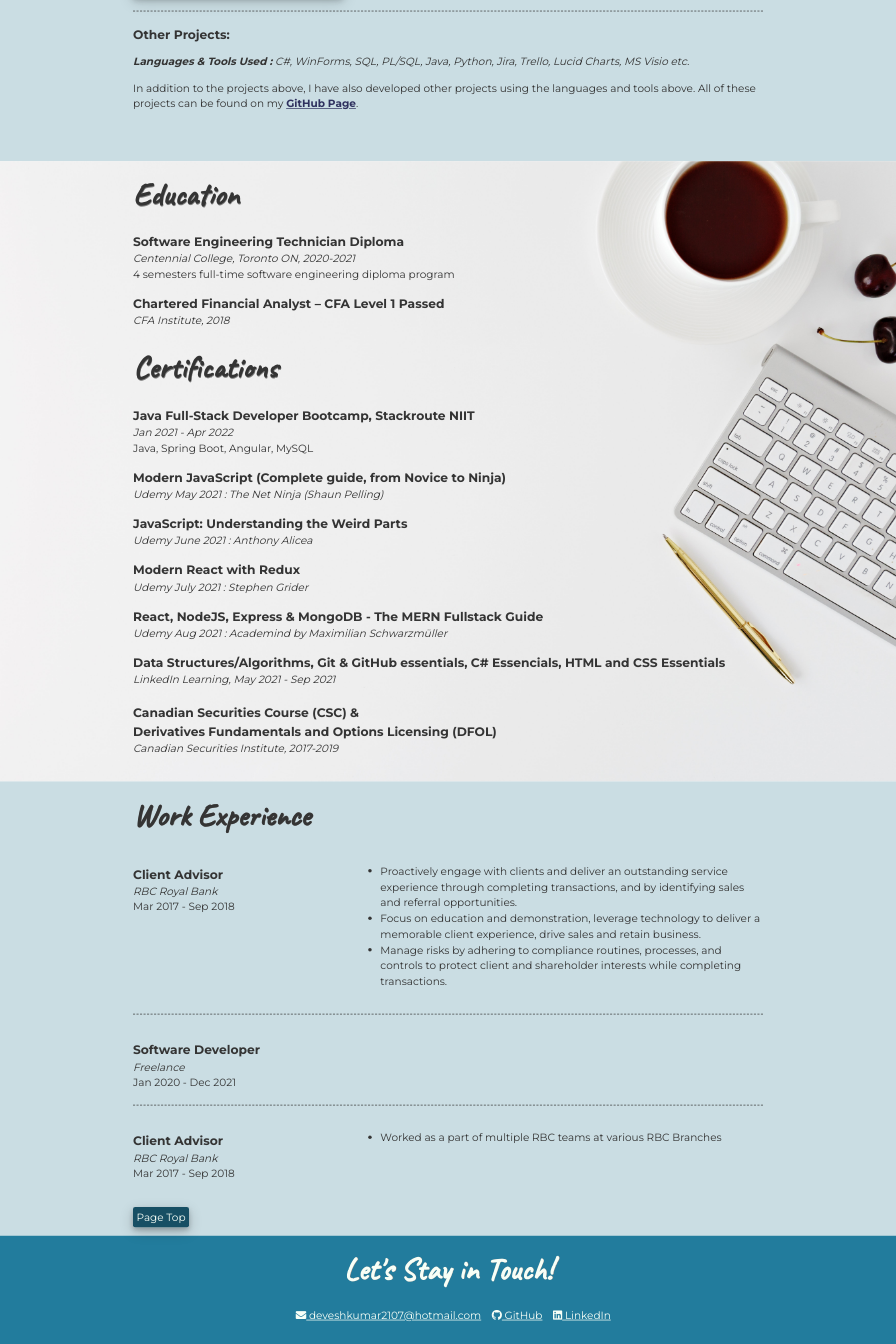
Repository: My-Web-Page/MyWebPage
Page: index.html
An editor plug-in stored every save of this project. The page is shown before and after the next save, followed by the edit.
The browser window is 1280 px wide. The pictures show the part of the page from y = 2086 to 4006 px (the page is 4006 px tall), at 70% of full size.
Some web libraries are served in a nearby version.

Above is the page before, as saved 2023-04-11 08:38:31.

After the next save:
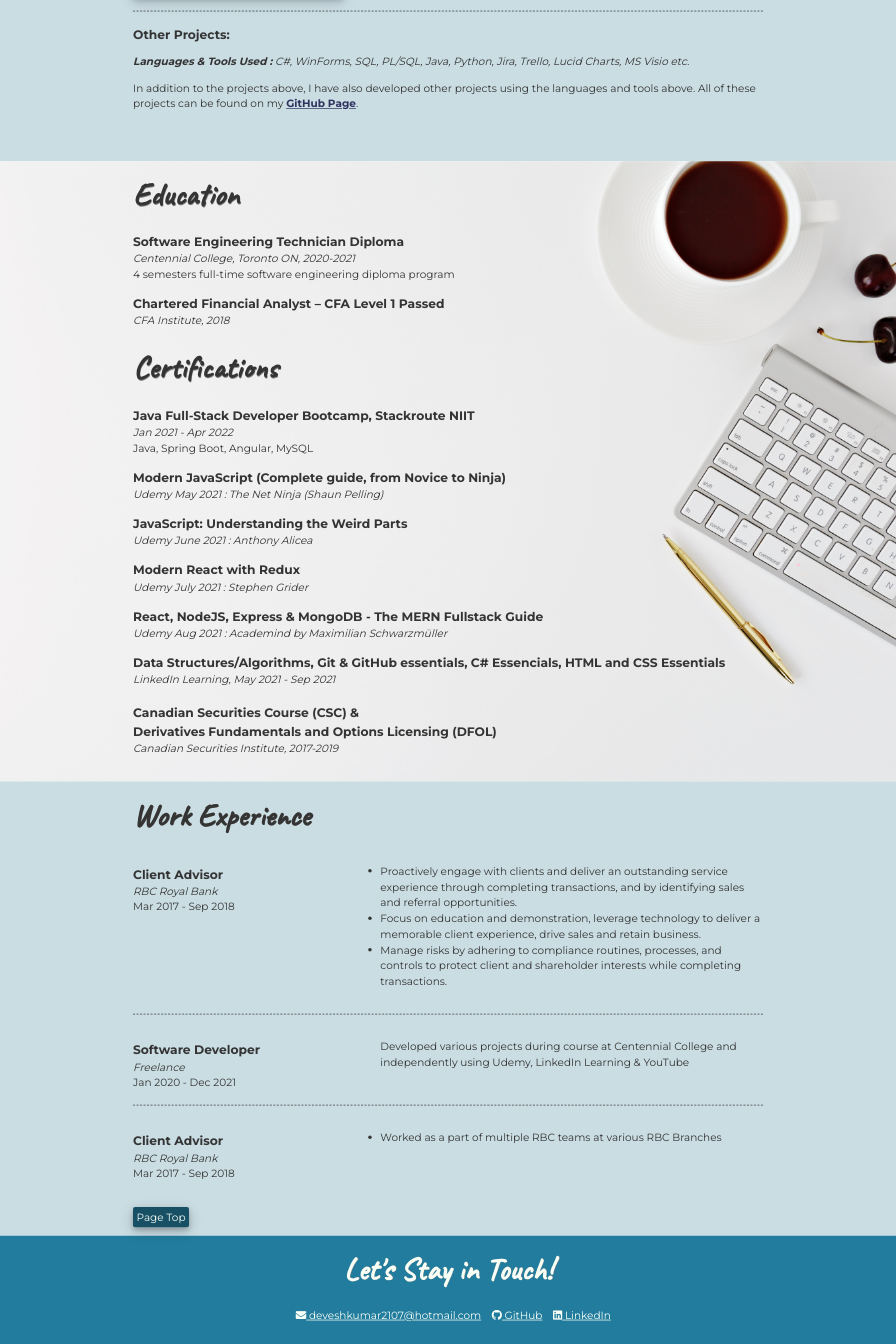
Saved 18 s later.
--- a/index.html
+++ b/index.html
@@ -203,6 +203,7 @@
                     </div>
                     <div class="job-summary">
                         <ul>
+                            Developed various projects during course at Centennial College and independently using Udemy, LinkedIn Learning & YouTube
 
                         </ul>
 
